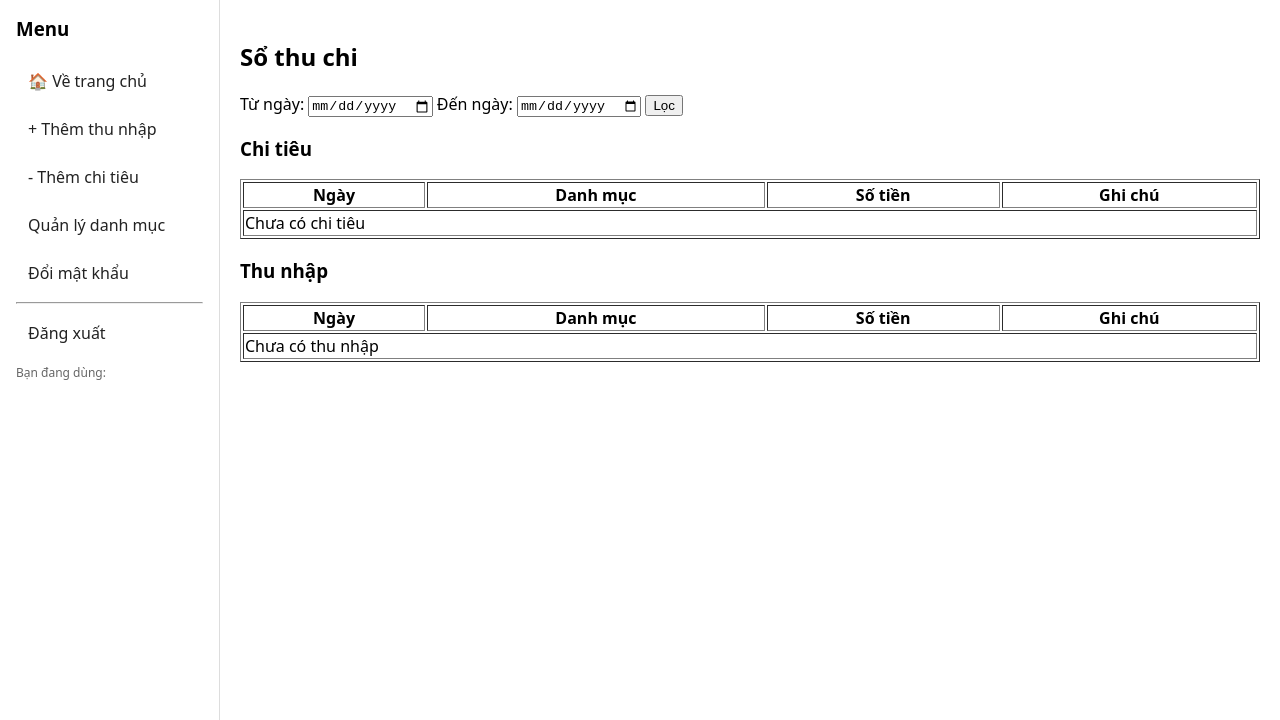
Repository: minhtvpy00202-git/KyThuatPhanMem_PY00202_MinhTV
Page: http://localhost/MiniExpense/WEB-INF/views/home.jsp
The author's editor kept a copy of each file at every save. The page is drawn from the files as they stood at one save, then again after the next save.
The browser window is 1280 px wide. The pictures show the whole page.
The page is served by Tomcat 10. Nobody is signed in. The template is opened directly, without the code that normally fills it, so the values that code supplies are empty.

Above is the page before, as saved 2025-10-17 18:18:23.

After the next save:
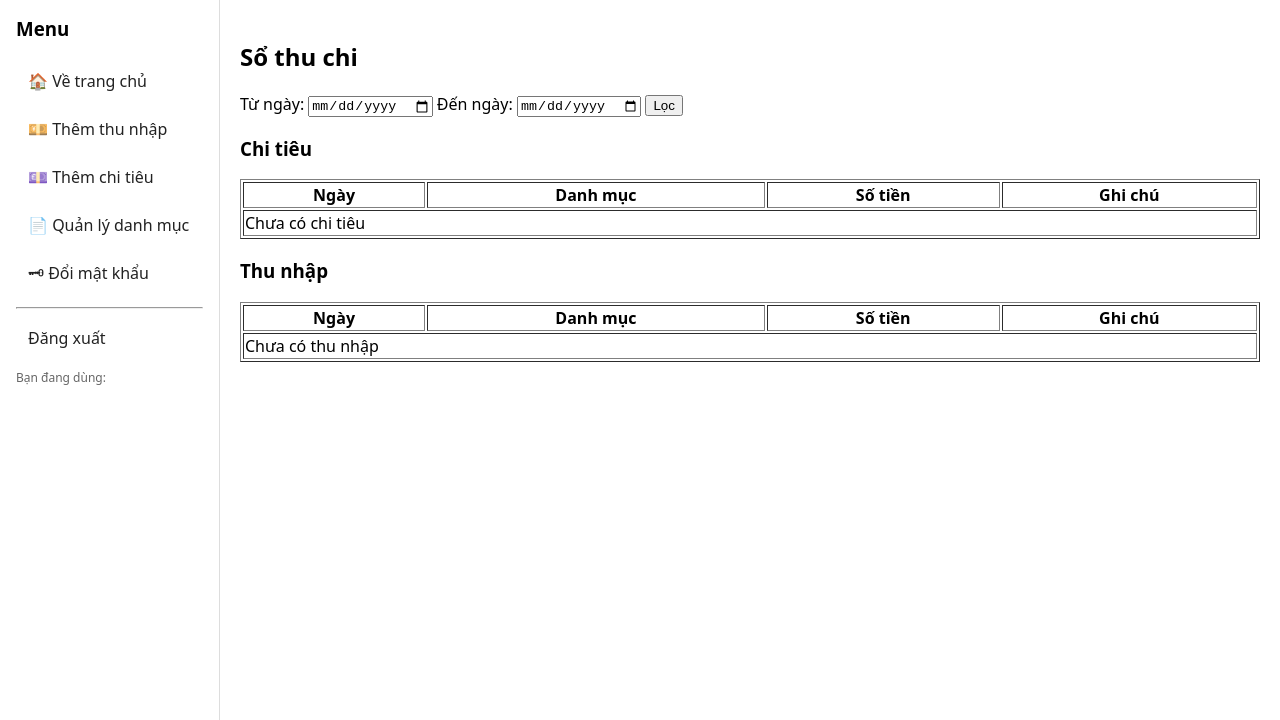
Saved 2 min 55 s later.
--- a/Source code/MiniExpense/src/main/webapp/WEB-INF/views/layout.jsp
+++ b/Source code/MiniExpense/src/main/webapp/WEB-INF/views/layout.jsp
@@ -24,10 +24,10 @@
       <a href="${pageContext.request.contextPath}/home">🏠 Về trang chủ</a>
 
       <!-- Các mục thao tác -->
-      <a href="${pageContext.request.contextPath}/tx/new?type=INCOME">+ Thêm thu nhập</a>
-      <a href="${pageContext.request.contextPath}/tx/new?type=EXPENSE">- Thêm chi tiêu</a>
-      <a href="${pageContext.request.contextPath}/categories">Quản lý danh mục</a>
-      <a href="${pageContext.request.contextPath}/change-password">Đổi mật khẩu</a>
+      <a href="${pageContext.request.contextPath}/tx/new?type=INCOME">💴 Thêm thu nhập</a>
+      <a href="${pageContext.request.contextPath}/tx/new?type=EXPENSE">💷 Thêm chi tiêu</a>
+      <a href="${pageContext.request.contextPath}/categories">📄 Quản lý danh mục</a>
+      <a href="${pageContext.request.contextPath}/change-password">🗝 Đổi mật khẩu</a>
       <hr>
       <a href="${pageContext.request.contextPath}/logout">Đăng xuất</a>
       <div class="muted">Bạn đang dùng: <c:out value="${sessionScope.user != null ? sessionScope.user.username : ''}"/></div>
